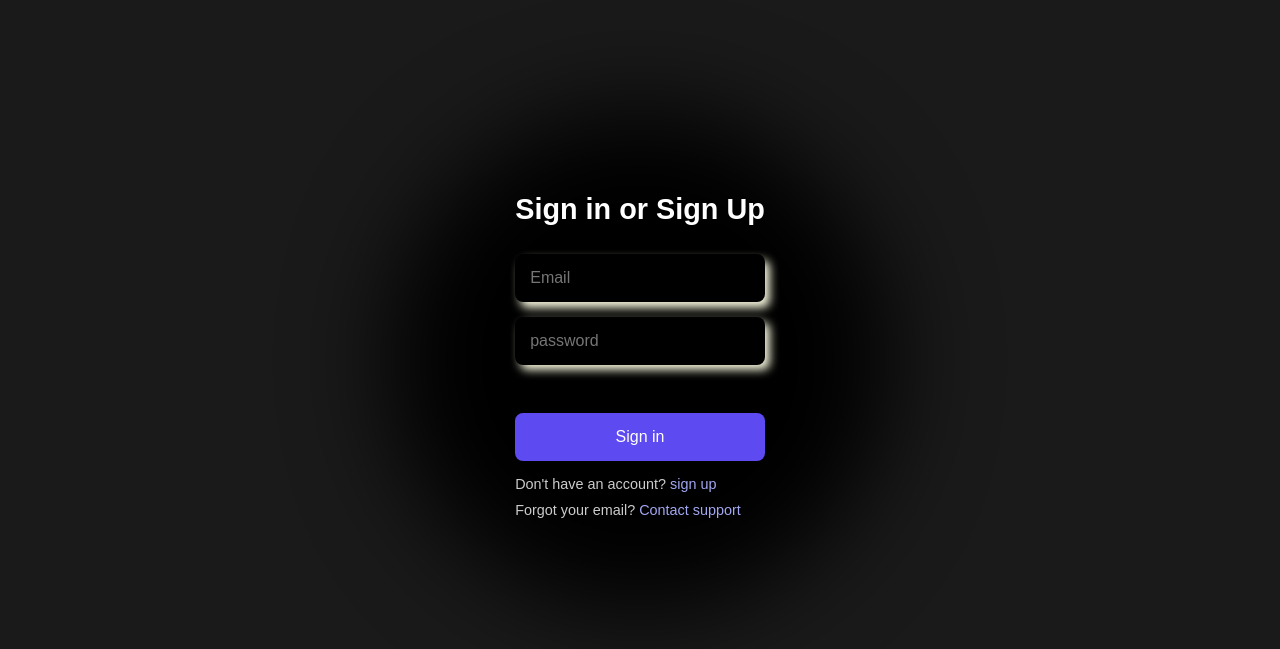
Repository: cmd-keyu/mobileppsh
Page: pages/login.html
These files come from the project's save history. The page is drawn as it stood at one moment and after the next save; the edit follows.
The browser window is 1280 px wide. The pictures show the whole page.

Above is the page before, as saved 2024-11-12 18:48:46.

### pages/login.html
<!DOCTYPE html>
<html lang="en">
<head>
  <meta charset="UTF-8">
  <meta name="viewport" content="width=device-width, initial-scale=1.0">
  <title>Sign In Form</title>
  <link rel="stylesheet" href="../css/login.css">
  <script src="../javascript/login.js" defer></script>
</head>
<body>
  <div class="container">
    <div class="glow-box">
      <h2 style="color: white;">Sign in or Sign Up</h2>
      <br>
      <!-- <p>All that is required is only your email for sign-up or sign-in!!</p> -->
      <form action="account.html">
        <div class="sign-up">
            <input type="text" placeholder="name" class="disabled-btn hi">
            <br>
            <br>
            <input type="text" placeholder="address (Optional)" class="hi">
            <br>
            </div>
        <input type="email" placeholder="Email" required class="hi">
        <input type="password" placeholder="password" required class="hi">
        <br>
        <button type="submit" class="sign-in-btn-hide">Sign in</button>
        <button type="submit" class="sign-up-btn-hide">Sign up</button>
      </form>
      <div class="support">
        <p class="sign-up-text-hide">Don't have an account? <label for="sign-up-btn" class="colorsnup">sign up</label><button class="sign-up-btn hide-btn2" id="sign-up-btn">sign up</button></p>
        <p class="sign-in-text-hide">Already have an account? <label for="sign-in-btn" class="colorsnup">sign in</label><button class="sign-in-btn hide-btn2" id="sign-in-btn">sign in</button></p>
        <p>Forgot your email? <a href="#">Contact support</a></p>
      </div>
    </div>
  </div>
</body>
</html>

### css/login.css
* {
    margin: 0;
    padding: 0;
    box-sizing: border-box;
    font-family: Arial, sans-serif;
  }

  body {
    display: flex;
    justify-content: center;
    align-items: center;
    height: 100vh;
    background-color: #1a1a1a;
  }

  .container {
    display: flex;
    justify-content: center;
    align-items: center;
    height: 100%;
  }

  .glow-box::before {
    content: '';
    position: absolute;
    top: 50%;
    left: 50%;
    width: 500px;
    height: 500px;
    background: radial-gradient(circle, black, black);
    transform: translate(-50%, -50%);
    z-index: -1;
    border-radius: 50%;
    filter: blur(50px);
  }

  h2 {
    font-size: 1.8em;
    margin-bottom: 10px;
  }
  label:hover{

    text-decoration: underline;

  }

  p {
    margin-bottom: 10px;
    font-size: 0.9em;
    color: #ccc;
  }

  form {
    display: flex;
    flex-direction: column;
    gap: 15px;
  }

  input[type="email"] {
    padding: 15px;
    font-size: 1em;
    border: none;
    border-radius: 8px;
    outline: none;
    width: 100%;
     box-shadow: 5px 6px 10px beige;
     color: wheat;

  }
  input[type="password"] {
    padding: 15px;
    font-size: 1em;
    border: none;
    border-radius: 8px;
    outline: none;
    width: 100%;
     box-shadow: 5px 5px 10px beige;

  }

  input[type="text"] {
    padding: 15px;
    font-size: 1em;
    border: none;
    border-radius: 8px;
    outline: none;
    width: 100%;
     box-shadow: 9px 9px 10px beige;

  }

  button {
    padding: 15px;
    font-size: 1em;
    background-color: #5e4af1;
    color: #fff;
    border: none;
    border-radius: 8px;
    cursor: pointer;
    transition: background 0.3s;
  }

  button:hover {
    background-color: #4a3bdb;
  }

  .support {
    margin-top: 15px;
  }

  .support a {
    color: #a1a7f1;
    text-decoration: none;
  }

  .support a:hover {
    text-decoration: underline;
  }

  .sign-up{
    display: none;
  }

  .colorsnup{
    color: #a1a7f1;
  }

  .sign-up-btn-hide{
    display: none;
  }

  .hide-btn2{
    display: none;
  }

  .sign-in-text-hide{
    display: none;
  }
  .hi{
    /* border: none; */
    background-color: inherit;
    border-bottom: solid beige 1px;
    box-shadow: 9px 9px 10px beige;
  }

### javascript/login.js

const sign_up = document.querySelector('.sign-up')
const sign_up_btn = document.querySelector('.sign-up-btn')
const sign_in_btn = document.querySelector('.sign-in-btn')
const sign_in_btn_hide = document.querySelector('.sign-in-btn-hide')
const sign_up_btn_hide = document.querySelector('.sign-up-btn-hide')
const sign_in_text_hide = document.querySelector('.sign-in-text-hide')
const sign_up_text_hide = document.querySelector('.sign-up-text-hide')
const disabled_btn = document.querySelector('.disabled-btn')

sign_up_btn.addEventListener("click", () => {

  sign_up.style.display = 'block'
  sign_in_btn_hide.style.display = 'none'
  sign_up_btn_hide.style.display = 'block'
  sign_in_text_hide.style.display = 'block'
  sign_up_text_hide.style.display = 'none'
  disabled_btn.setAttribute('required', true)

})

sign_in_btn.addEventListener("click", () => {

  sign_up.style.display = 'none'
  sign_in_btn_hide.style.display = 'block'
  sign_up_btn_hide.style.display = 'none'
  sign_in_text_hide.style.display = 'none'
  sign_up_text_hide.style.display = 'block'
  disabled_btn.setAttribute('required', false)

})

After the next save:
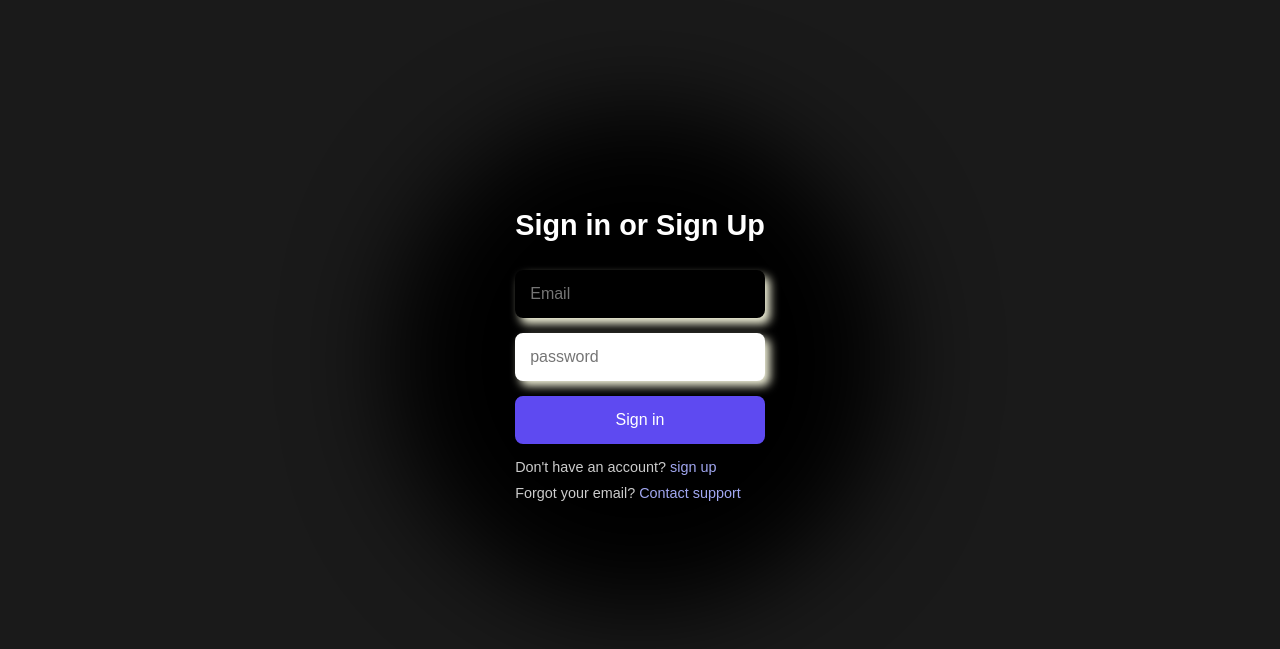
Saved 6 s later.
--- a/pages/login.html
+++ b/pages/login.html
@@ -22,8 +22,7 @@
             <br>
             </div>
         <input type="email" placeholder="Email" required class="hi">
-        <input type="password" placeholder="password" required class="hi">
-        <br>
+        <input type="password" placeholder="password" required>
         <button type="submit" class="sign-in-btn-hide">Sign in</button>
         <button type="submit" class="sign-up-btn-hide">Sign up</button>
       </form>
